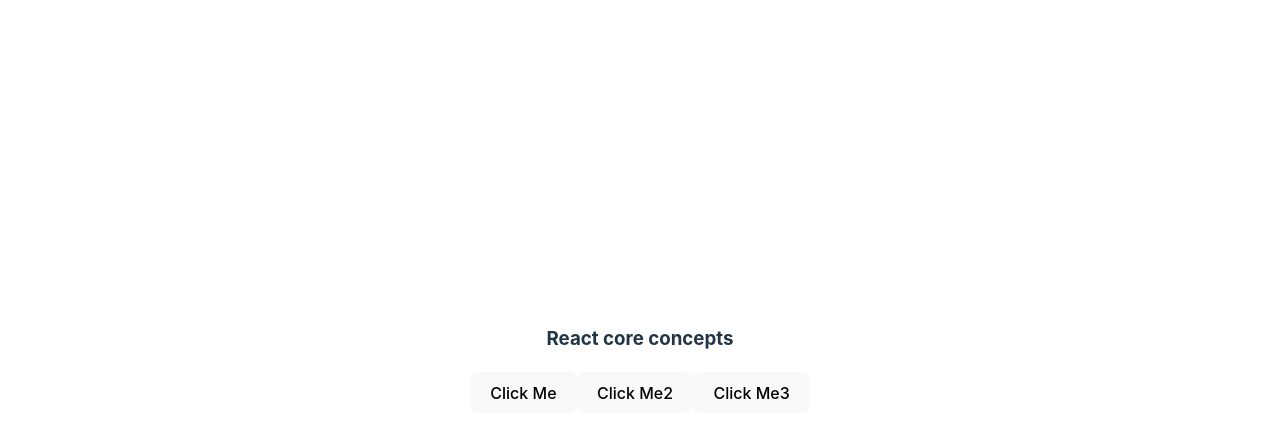
Repository: sumonkumarsarkar/my-project3-react
Page: /
The author's editor kept a copy of each file at every save. The page is drawn from the files as they stood at one save, then again after the next save.
The browser window is 1280 px wide. The pictures show the whole page.
The project was rebuilt for these pictures with package versions that can differ from the ones it lists, and the page was loaded fresh each time. Also part of the build but not shown: vite.config.js.

Above is the page before, as saved 2024-03-10 19:36:29.

After the next save:
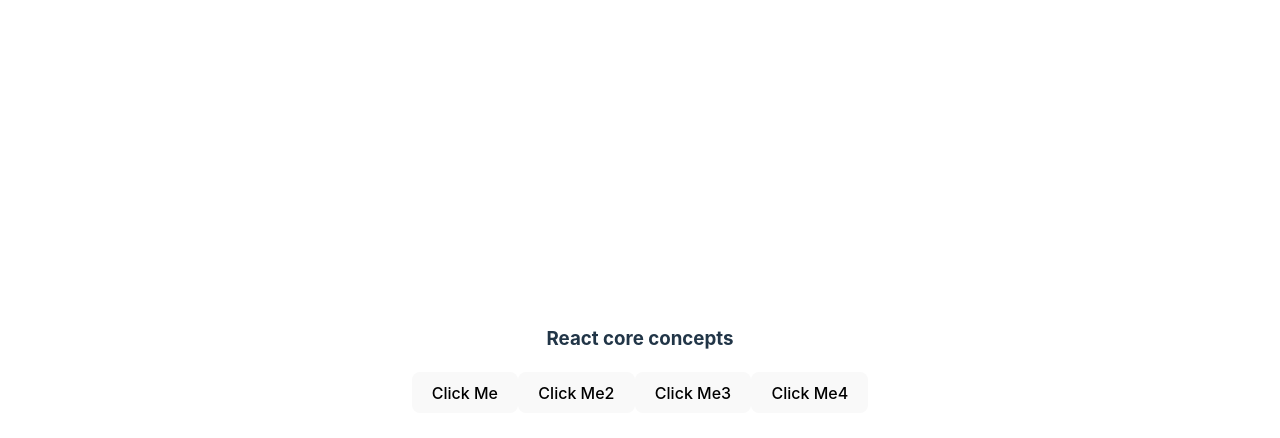
Saved 43 s later.
--- a/src/App.jsx
+++ b/src/App.jsx
@@ -9,7 +9,7 @@ function handleClick(){
 const handleClick2=()=>{
   alert('button2 click')
 }
-const addToFive=()=>{
+const addToFive=(num)=>{
   alert('button2 click')
 }
   return (
@@ -21,7 +21,7 @@ const addToFive=()=>{
       <button onClick={()=>{
         alert('button3 clicked')
       }}>Click Me3</button>
-
+      <button onClick={addToFive}>Click Me4</button>
 
     </>
   )
